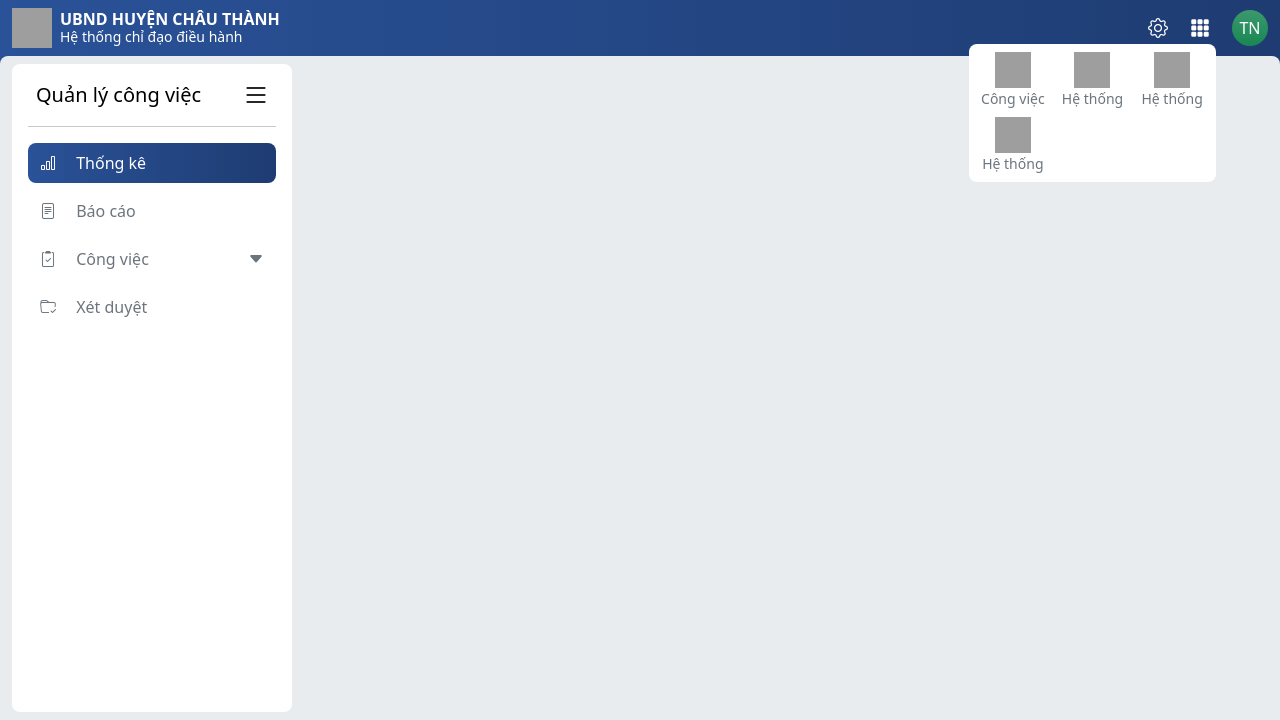
Repository: mys-pro/DATT-HeThongChiDaoDieuHanh
Page: index.html
The author's editor kept a copy of each file at every save. The page is drawn from the files as they stood at one save, then again after the next save.
The browser window is 1280 px wide. The pictures show the whole page.
Pictures or frames that could not be fetched are drawn as grey boxes.

Above is the page before, as saved 2024-04-21 15:13:55.

### index.html
<!DOCTYPE html>
<html lang="en">

<head>
    <meta charset="UTF-8">
    <meta name="viewport" content="width=device-width, initial-scale=1.0">
    <link rel="icon" href="./Assets/Image/icon.png" />
    <title>Hệ thống chỉ đạo điều hành</title>
    <link rel="stylesheet" href="./Bootstrap/bootstrap-icons-1.11.3/font/bootstrap-icons.min.css">
    <link rel="stylesheet" href="./Bootstrap/bootstrap-5.3.3-dist/css/bootstrap.min.css">
    <link rel="stylesheet" href="./Assets/css/Styles.css">
    <script src="./Assets/js/jquery-3.7.1.min.js"></script>
    <script src="./Bootstrap/bootstrap-5.3.3-dist/js/bootstrap.bundle.min.js"></script>
    <script src="./Assets/js/script.js"></script>
</head>

<body>
    <div class="app">
        <header class="header">
            <nav class="header__navbar navbar">
                <div class="header__navbar-container container-fluid">
                    <a href="#" class="header__navbar-logo navbar-brand p-0 d-flex">
                        <img class="header__navbar-img" src="./Assets/Image/Logo.png" alt="">
                        <div class="header__navbar-name mx-2 text-white align-content-center">
                            <h6 class="fw-bold p-0 m-0">UBND HUYỆN CHÂU THÀNH</h6>
                            <h6 class="fw-normal p-0 m-0">Hệ thống chỉ đạo điều hành</h6>
                        </div>
                    </a>

                    <ul class="header__navbar-list list-inline p-0 m-0 d-flex">
                        <li class="header__navbar-item ms-3 align-content-center">
                            <a class="border-0 bg-transparent rounded-circle text-white">
                                <i class="bi bi-gear fs-5"></i>
                            </a>
                        </li>
                        <li class="header__navbar-item ms-3 align-content-center position-relative">
                            <button type="button" class="border-0 bg-transparent rounded-circle text-white"
                                id="dropdown-apps">
                                <i class="bi bi-grid-3x3-gap-fill fs-5"></i>
                            </button>
                            <div class="list-apps bg-white rounded-3 position-absolute p-2">
                                <div class="row row-cols-3 g-2">
                                    <div class="col">
                                        <a href="#" class="text-decoration-none text-secondary d-flex flex-column align-items-center">
                                            <img src="./Assets/Image/task-icon.png" alt="" width="36px" height="36px">
                                            Công việc
                                        </a>
                                    </div>
                                    <div class="col">
                                        <a href="#" class="text-decoration-none text-secondary d-flex flex-column align-items-center">
                                            <img src="./Assets/Image/admin-icon.png" alt="" width="36px" height="36px">
                                            Hệ thống
                                        </a>
                                    </div>
                                    <div class="col">
                                        <a href="#" class="text-decoration-none text-secondary d-flex flex-column align-items-center">
                                            <img src="./Assets/Image/admin-icon.png" alt="" width="36px" height="36px">
                                            Hệ thống
                                        </a>
                                    </div>
                                    <div class="col">
                                        <a href="#" class="text-decoration-none text-secondary d-flex flex-column align-items-center">
                                            <img src="./Assets/Image/admin-icon.png" alt="" width="36px" height="36px">
                                            Hệ thống
                                        </a>
                                    </div>
                                </div>
                            </div>
                        </li>
                        <li class="header__navbar-item ms-3">
                            <div
                                class="header__navbar-avatar border-0 bg-success bg-gradient rounded-circle text-white text-center align-content-center">
                                TN</div>
                        </li>
                    </ul>
                </div>
            </nav>
        </header>

        <div class="app__container bg-body-secondary rounded-top-3 py-2">
            <div class="container-fluid">
                <div class="sidebar bg-white rounded-3 p-3 open">
                    <div class="side__bar-tile d-flex position-relative">
                        <span class="ms-2 text-black fs-5 text-nowrap">Quản lý công việc</span>
                        <button type="button"
                            class="sidebar__collapse-btn border-0 bg-white position-absolute text-end end-0">
                            <i class="bi bi-list"></i>
                        </button>
                    </div>
                    <hr>

                    <ul class="sidebar-list list-unstyled p-0 m-0">
                        <li class="sidebar-item mb-2">
                            <a href="#" class="rounded-3 text-secondary text-nowrap d-block active">
                                <i class="bi bi-bar-chart me-3"></i>
                                <span>Thống kê</span>
                            </a>
                        </li>

                        <li class="sidebar-item mb-2">
                            <a href="#" class="rounded-3 text-secondary text-nowrap d-block">
                                <i class="bi bi-file-text me-3"></i>
                                <span>Báo cáo</span>
                            </a>
                        </li>

                        <li class="sidebar-item mb-2">
                            <a href="#" class="position-relative rounded-3 text-secondary text-nowrap d-block collapsed"
                                data-bs-toggle="collapse" data-bs-target="#sidebarToggleExternalContent">
                                <i class="bi bi-clipboard2-check me-3"></i>
                                <span>Công việc</span>
                                <i class="bi bi-caret-down-fill"></i>
                            </a>

                            <ul class="sidebar-list-child collapse list-inline text-secondary text-nowrap"
                                id="sidebarToggleExternalContent">
                                <li class="sidebar-item-child mt-2">
                                    <a href="#"
                                        class="text-secondary rounded-3 text-nowrap d-block d-flex justify-content-between align-items-center active">
                                        Tất cả
                                        <span class="badge text-bg-danger rounded-pill">1</span>
                                    </a>
                                </li>
                                <li class="sidebar-item-child mt-2">
                                    <a href="#"
                                        class="text-secondary rounded-3 text-nowrap d-block d-flex justify-content-between align-items-center">
                                        Dự thảo
                                        <span class="badge text-bg-danger rounded-pill">1</span>
                                    </a>
                                </li>
                                <li class="sidebar-item-child mt-2">
                                    <a href="#"
                                        class="text-secondary rounded-3 text-nowrap d-block d-flex justify-content-between align-items-center">
                                        Hoàn thành
                                        <span class="badge text-bg-danger rounded-pill">1</span>
                                    </a>
                                </li>
                                <li class="sidebar-item-child mt-2">
                                    <a href="#"
                                        class="text-secondary rounded-3 text-nowrap d-block d-flex justify-content-between align-items-center">
                                        Chờ phê duyệt
                                        <span class="badge text-bg-danger rounded-pill">1</span>
                                    </a>
                                </li>
                                <li class="sidebar-item-child mt-2">
                                    <a href="#"
                                        class="text-secondary rounded-3 text-nowrap d-block d-flex justify-content-between align-items-center">
                                        Làm lại
                                        <span class="badge text-bg-danger rounded-pill">1</span>
                                    </a>
                                </li>
                                <li class="sidebar-item-child mt-2">
                                    <a href="#"
                                        class="text-secondary rounded-3 text-nowrap d-block d-flex justify-content-between align-items-center">
                                        Bị hủy
                                        <span class="badge text-bg-danger rounded-pill">1</span>
                                    </a>
                                </li>
                            </ul>
                        </li>

                        <li class="sidebar-item mb-2">
                            <a href="#" class="rounded-3 text-secondary text-nowrap d-block">
                                <i class="bi bi-folder-check me-3"></i>
                                <span>Xét duyệt</span>
                            </a>
                        </li>
                    </ul>
                </div>
            </div>
        </div>
    </div>
</body>

</html>

### Assets/css/Styles.css
:root {
    --primary-color: #2a5298;
    --primary-gradient-color: linear-gradient(to left, #1e3c72, #2a5298);
    --bs-body-color: #212529;
}

body {
    overflow: auto;
}

.col-0 {
    display: none;
}

.app {
    background-image: var(--primary-gradient-color);
}
/* ======Navbar====== */
.header__navbar-img {
    width: 40px;
    height: 40px;
}

.header__navbar-name h6:first-child {
    font-size: 16px;
}

.header__navbar-name h6:last-child {
    font-size: 14px;
}

.header__navbar-avatar {
    width: 36px;
    height: 36px;
}

.header__navbar-item a {
    cursor: pointer;
}

.header__navbar-item span {
    top: 25%;
    right: -15px;
}

.list-apps {
    width: 247px;
    right: 0;
    font-size: 14px;
}

/* ======Sidebar====== */
.sidebar {
    --height: calc(100vh - 56px - 16px);
    min-height: var(--height);
    width: 72px;
    transition: all .2s ease-out;
}

.sidebar.open {
    width: 280px;
}

.sidebar a {
    padding: 8px 12px;
    text-decoration: none;
    overflow: hidden;
}

.sidebar span {
    overflow: hidden;
}

.sidebar__collapse-btn {
    font-size: 28px;
    line-height: 0;
}

.sidebar-list-child {
    overflow: hidden;
}

.sidebar-item > a:hover {
    background-color: rgba(0, 0, 0, 0.05) !important;
}

.sidebar-item > a:active {
    background-color: rgba(0, 0, 0, 0.1) !important;
}

.sidebar-item > a.active {
    background-image: var(--primary-gradient-color);
    color: white !important;
}

.sidebar:not(.open) .sidebar-list-child {
    display: none;
}

.sidebar-item > a[data-bs-toggle="collapse"].collapsed > i:last-child {
    position: absolute;
    right: 12px;
    top: 0.5rem;
    transform: rotate(0deg);
    transition: all .2s ease-out;
}

.sidebar-item > a[data-bs-toggle="collapse"] > i:last-child {
    position: absolute;
    right: 12px;
    top: 0.5rem;
    transform: rotate(180deg);
    transition: all .2s ease-out;
}

.sidebar:not(.open) .sidebar-item > a[data-bs-toggle="collapse"] > i:last-child {
    display: none;
}

.sidebar-item-child > a:not(.active):hover {
    background-color: rgba(0, 0, 0, 0.05) !important;
}

.sidebar-item-child > a:not(.active):active,
.sidebar-item-child > a.active {
    background-color: rgba(0, 0, 0, 0.1) !important;
}

@media (max-width: 576px) {
    .sidebar {
        display: none;
    }

    .header__navbar-list {
        display: none !important;
    }
}

### Assets/js/script.js
$(document).ready(function() {
    $('.sidebar__collapse-btn').click(function() {
        $(".sidebar").toggleClass("open");
    });

    $('.sidebar-item > a').click(function() {
        $('.sidebar-item > a').removeClass("active");
        $(this).addClass("active");
        $('#sidebarToggleExternalContent').collapse('hide');
    });

    $('.sidebar-item > a[data-bs-toggle="collapse"]').click(function() {
        $('.sidebar-item-child > a').removeClass("active");
        $('.sidebar-item-child > a:first').addClass("active");
      });

    $('.sidebar-item-child > a').click(function() {
        $('.sidebar-item-child > a').removeClass("active");
        $(this).addClass("active");
    });
});

Loaded but not shown: library/Bootstrap/bootstrap-icons-1.11.3/font/bootstrap-icons.min.css (library); library/Bootstrap/bootstrap-5.3.3-dist/css/bootstrap.min.css (library); Public/js/jquery-3.7.1.min.js (library); library/Bootstrap/bootstrap-5.3.3-dist/js/bootstrap.bundle.min.js (library)

After the next save:
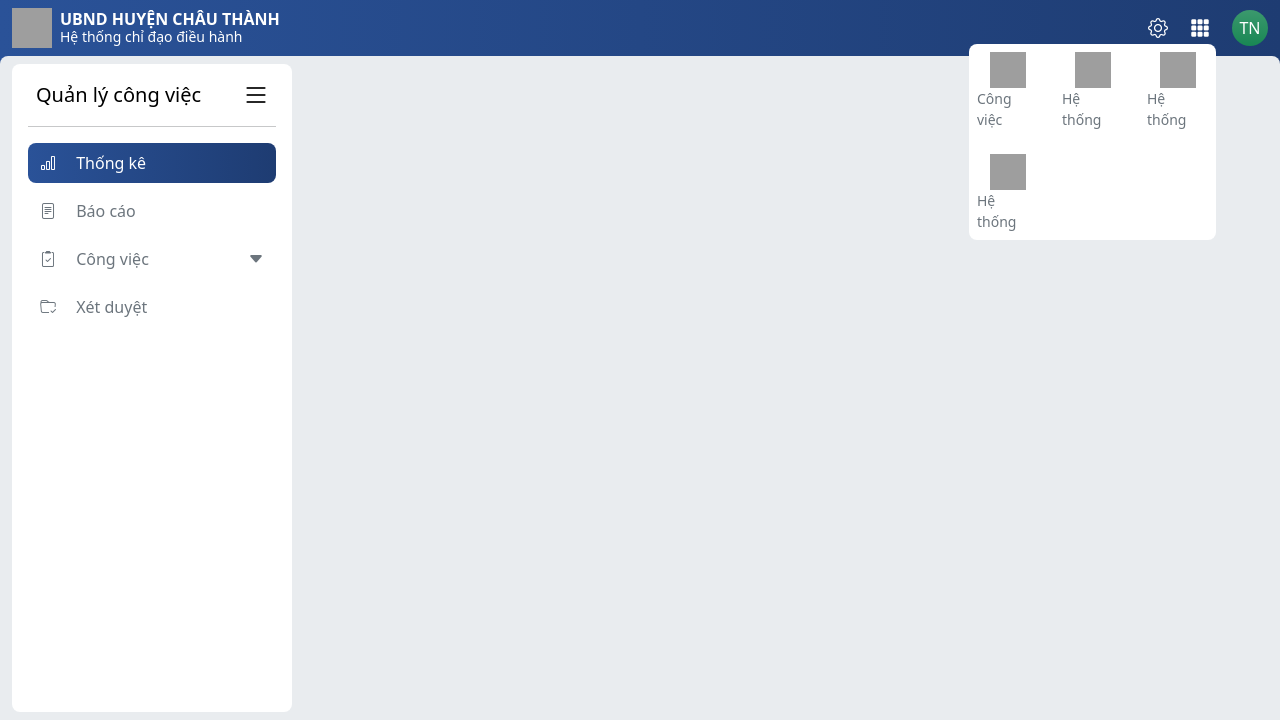
Saved 8 s later.
--- a/index.html
+++ b/index.html
@@ -39,7 +39,7 @@
                                 <i class="bi bi-grid-3x3-gap-fill fs-5"></i>
                             </button>
                             <div class="list-apps bg-white rounded-3 position-absolute p-2">
-                                <div class="row row-cols-3 g-2">
+                                <div class="row row-cols-3 g-4">
                                     <div class="col">
                                         <a href="#" class="text-decoration-none text-secondary d-flex flex-column align-items-center">
                                             <img src="./Assets/Image/task-icon.png" alt="" width="36px" height="36px">
